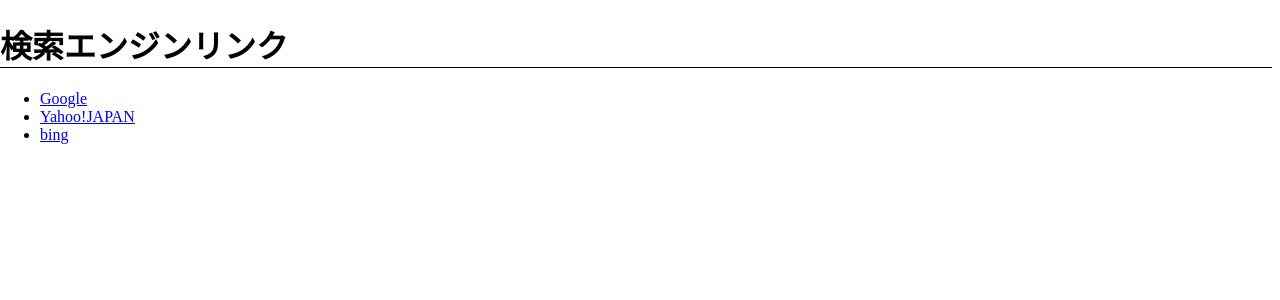
Repository: tomimaler/dc_work_tamachi_inagaki_html
Page: challenge_box/challenge_box.html
The author's editor kept a record of every edit. The page is drawn from the files as they stood at one moment, then again after the next edit.
The browser window is 1280 px wide. The pictures show the whole page.

Above is the page before.

### challenge_box/challenge_box.html
<!DOCTYPE html>
<html lang="ja">
<head>
   <meta charset="UTF-8">
   <title>challenge_box</title>
   <link rel="stylesheet" href="challenge_box.css">
</head>
<body>
   <h1>検索エンジンリンク</h1>
   <ul>
       <li><a href="https://www.google.co.jp/">Google</a></li>
       <li><a href="http://www.yahoo.co.jp/">Yahoo!JAPAN</a></li>
       <li><a href="http://www.bing.com/">bing</a></li>
   </ul>
</body>
</html>

### challenge_box/challenge_box.css
body {
    margin-left:0;
}

h1 {
    border-bottom:solid 1px black;
}

a {
    display:inline-block;
}

After the next edit:
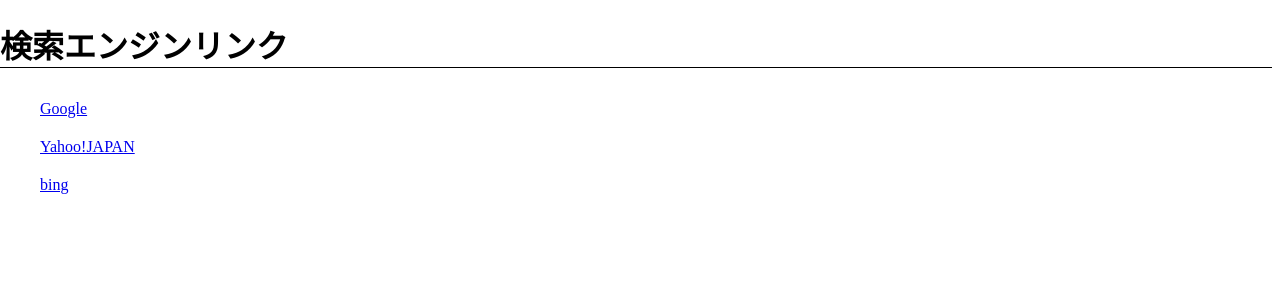
The edit:
--- a/challenge_box/challenge_box.css
+++ b/challenge_box/challenge_box.css
@@ -8,4 +8,10 @@
 
 a {
     display:inline-block;
+    text-align:center;
+    padding:10px 0;
 }
+
+ul {
+    list-style:none;
+}
